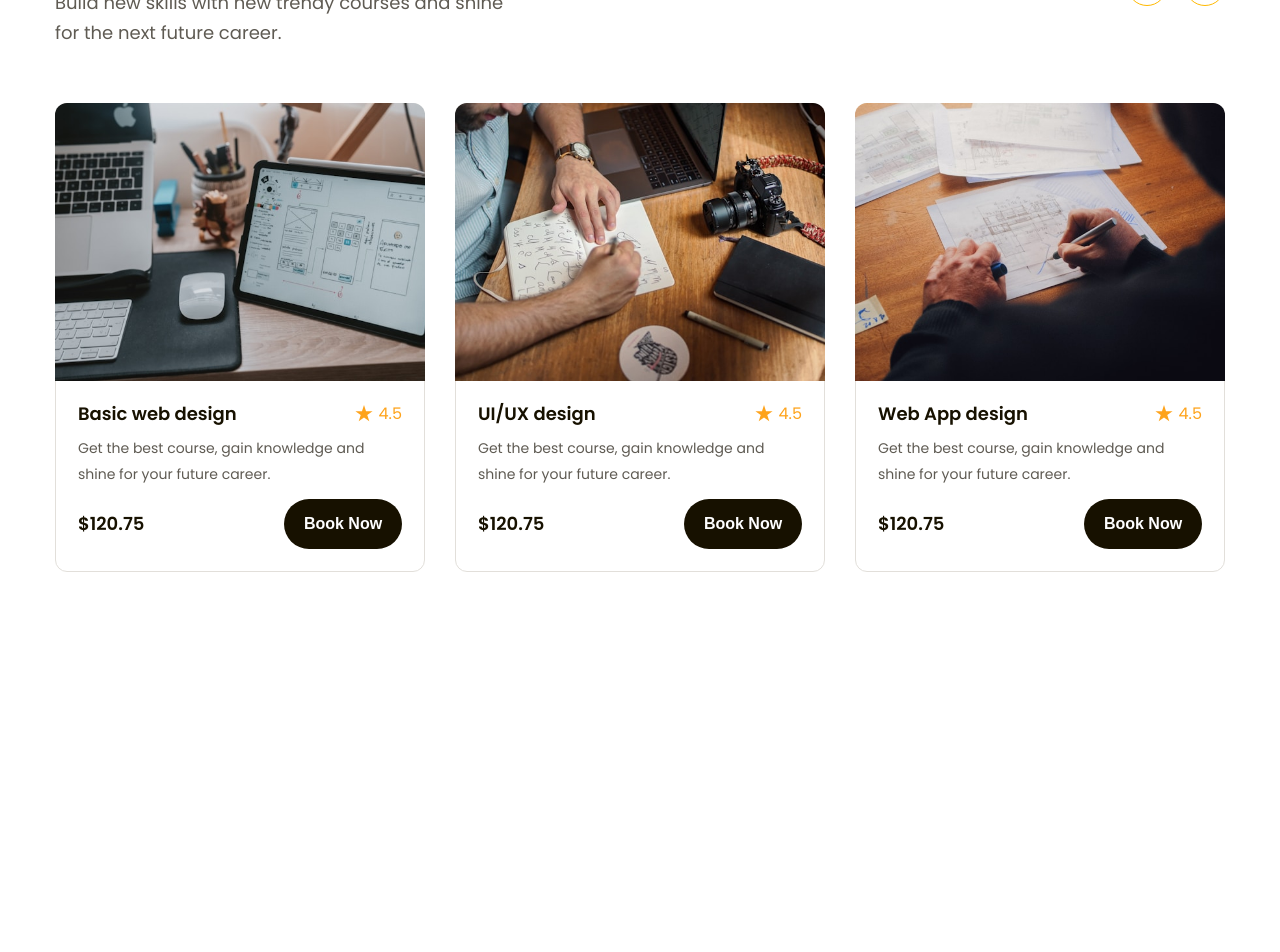
Repository: Tibi2003/f8-htmlcss-02
Page: index.html
These files come from the project's save history. The page is drawn as it stood at one moment and after the next save; the edit follows.
The browser window is 1280 px wide. The pictures show the part of the page from y = 1176 to 2128 px (the page is 5000 px tall).
The pointer rests on the first visible `.popular .course-item`.
A picture or video elsewhere on the page could not be fetched, so the positions and the page height are approximate.

Above is the page before, as saved 2024-03-07 16:07:32.

After the next save:
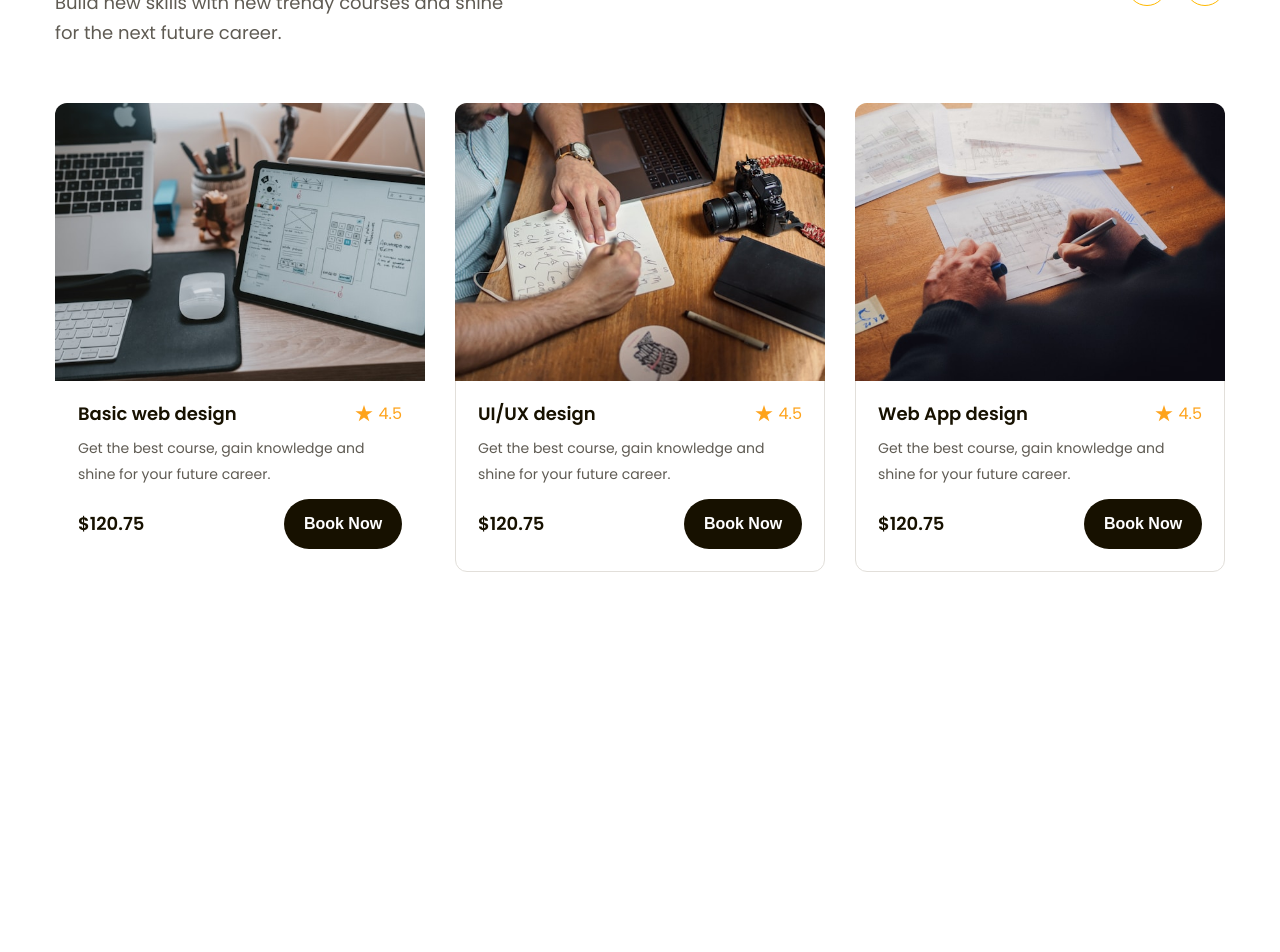
Saved 2 min 41 s later.
--- a/assets/css/styles.css
+++ b/assets/css/styles.css
@@ -323,6 +323,10 @@ a {
 	background: #fff;
 }
 
+.popular .course-item:hover {
+	border-color: transparent;
+}
+
 .popular .course-item .thumb {
 	width: calc(100% + 2px);
 	height: 278px;
